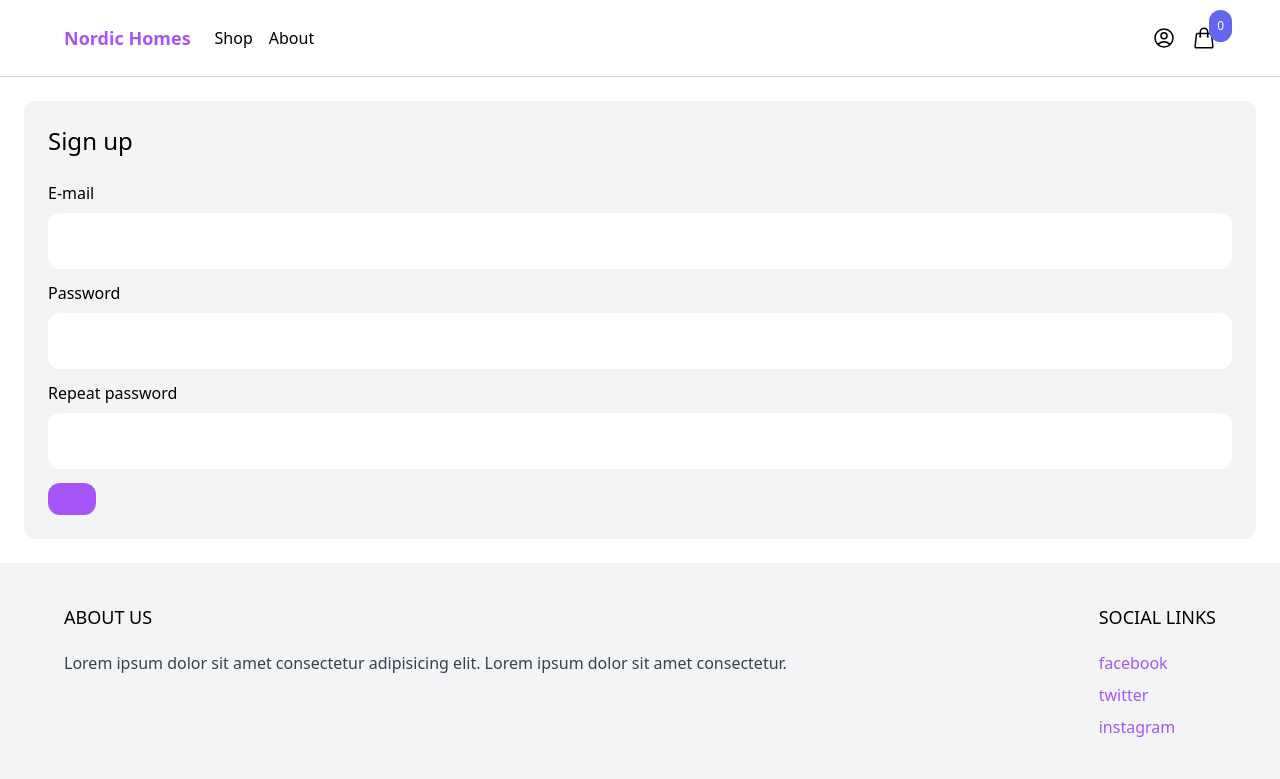
Repository: Calin224/NordicHomes
Page: core/templates/core/signup.html
These files come from the project's save history. The page is drawn as it stood at one moment and after the next save; the edit follows.
The browser window is 1280 px wide. The pictures show the whole page.
Some web libraries are served in a nearby version. The template is drawn by Django 4.2. The application's start-up code is not run. Other server files are loaded and not shown. The template is opened directly, without the code that normally fills it, so the values that code supplies are empty.

Above is the page before, as saved 2023-02-15 21:40:48.

### core/templates/core/signup.html
{% extends 'core/base.html' %}

{% block content %}

<div class="max-2-lg mx-auto flex flex-wrap p-6">
    <div class="w-full bg-gray-100 p-6 rounded-xl">
        <h1 class="mb-6 text-2xl">Sign up</h1>

        <form action="." method="post" class="space-y-3">
            <div>
                <label for="">E-mail</label>
                <input type="email" class="w-full mt-2 py-4 px-6 bg-white rounded-xl focus:outline-none">
            </div>

            <div>
                <label for="">Password</label>
                <input type="password" class="w-full mt-2 py-4 px-6 bg-white rounded-xl focus:outline-none">
            </div>

            <div>
                <label for="">Repeat password</label>
                <input type="password" class="w-full mt-2 py-4 px-6 bg-white rounded-xl focus:outline-none">
            </div>

            <div>
                <button class="py-4 px-6 rounded-xl text-white bg-purple-500 hover:bg-purple-700"></button>
            </div>
        </form>
    </div>
</div>

{% endblock content %}

### core/templates/core/base.html
<!DOCTYPE html>
<html lang="en">

<head>
    <meta charset="UTF-8">
    <meta name="viewport" content="width=device-width, initial-scale=1.0">
    <script src="https://cdn.tailwindcss.com"></script>
</head>

<body>
    <nav class="border-b border-gray-300">
        <div class="max-w-6xl mx-auto py-2 px-6 xl:px-0 flex items-center justify-between">
            <div class="menu-left flex items-center space-x-6">
                <a href="{% url 'frontpage' %}" class="py-4 text-lg text-purple-500 font-semibold">Nordic Homes</a>

                <ul class="flex items-center space-x-4">
                    <li><a href="{% url 'shop' %}">Shop</a></li>
                    <li><a href="#">About</a></li>
                </ul>
            </div>

            <div class="menu-right flex items-center space-x-4">
                <a href="#">
                    <svg xmlns="http://www.w3.org/2000/svg" fill="none" viewBox="0 0 24 24" stroke-width="1.5"
                        stroke="currentColor" class="w-6 h-6">
                        <path stroke-linecap="round" stroke-linejoin="round"
                            d="M17.982 18.725A7.488 7.488 0 0012 15.75a7.488 7.488 0 00-5.982 2.975m11.963 0a9 9 0 10-11.963 0m11.963 0A8.966 8.966 0 0112 21a8.966 8.966 0 01-5.982-2.275M15 9.75a3 3 0 11-6 0 3 3 0 016 0z" />
                    </svg>

                </a>

                {% include 'cart/menu_cart.html' %}
            </div>
        </div>
    </nav>

    <main>
        {% block content %}{% endblock content %}
    </main>

    <footer class="bg-gray-100">
        <div class="max-w-6xl mx-auto py-10 px-6 xl:px-0 md:flex justify-between">
            <div class="footer-left mb-12 md:mb-0">
                <h2 class="mb-5 uppercase text-lg">about us</h2>
                <p class="text-gray-700">Lorem ipsum dolor sit amet consectetur adipisicing elit. Lorem ipsum dolor sit
                    amet consectetur.</p>
            </div>

            <div class="footer-right">
                <h2 class="mb-5 uppercase text-lg">social links</h2>
                <ul class="space-y-2">
                    <li><a href="#" class="text-purple-500 hover:text-purple-800">facebook</a></li>
                    <li><a href="#" class="text-purple-500 hover:text-purple-800">twitter</a></li>
                    <li><a href="#" class="text-purple-500 hover:text-purple-800">instagram</a></li>
                </ul>
            </div>
        </div>
    </footer>

    <script src="https://unpkg.com/htmx.org@1.8.5"></script>
</body>

</html>

### cart/templates/cart/menu_cart.html
<a href="#" id="menu-cart-button" class="relative">
    <svg xmlns="http://www.w3.org/2000/svg" fill="none" viewBox="0 0 24 24" stroke-width="1.5"
        stroke="currentColor" class="w-6 h-6">
        <path stroke-linecap="round" stroke-linejoin="round"
            d="M15.75 10.5V6a3.75 3.75 0 10-7.5 0v4.5m11.356-1.993l1.263 12c.07.665-.45 1.243-1.119 1.243H4.25a1.125 1.125 0 01-1.12-1.243l1.264-12A1.125 1.125 0 015.513 7.5h12.974c.576 0 1.059.435 1.119 1.007zM8.625 10.5a.375.375 0 11-.75 0 .375.375 0 01.75 0zm7.5 0a.375.375 0 11-.75 0 .375.375 0 01.75 0z" />
    </svg>
    <span class="p-2 absolute -top-4 -right-4 bg-indigo-500 text-white text-xs rounded-full">{{cart|length}}</span>
</a>

After the next save:
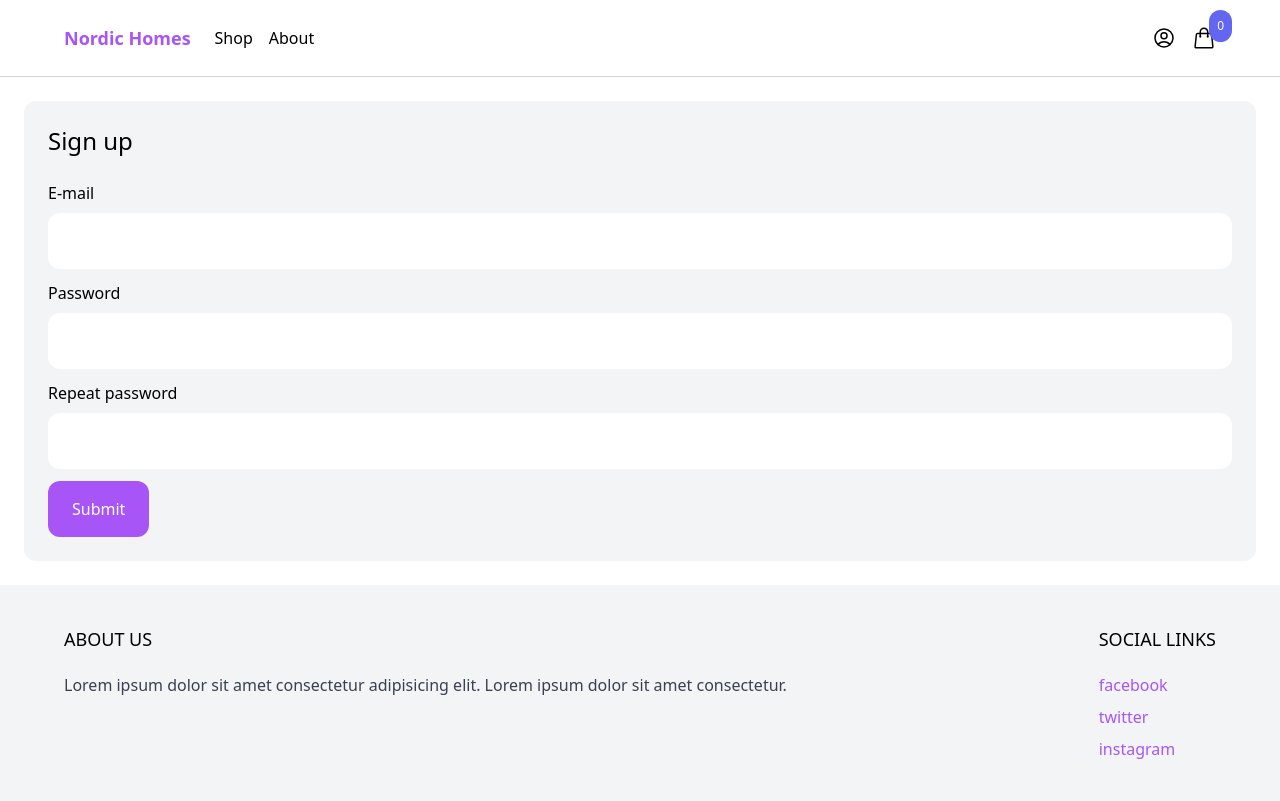
Saved 4 s later.
--- a/core/templates/core/signup.html
+++ b/core/templates/core/signup.html
@@ -23,7 +23,7 @@
             </div>
 
             <div>
-                <button class="py-4 px-6 rounded-xl text-white bg-purple-500 hover:bg-purple-700"></button>
+                <button class="py-4 px-6 rounded-xl text-white bg-purple-500 hover:bg-purple-700">Submit</button>
             </div>
         </form>
     </div>
